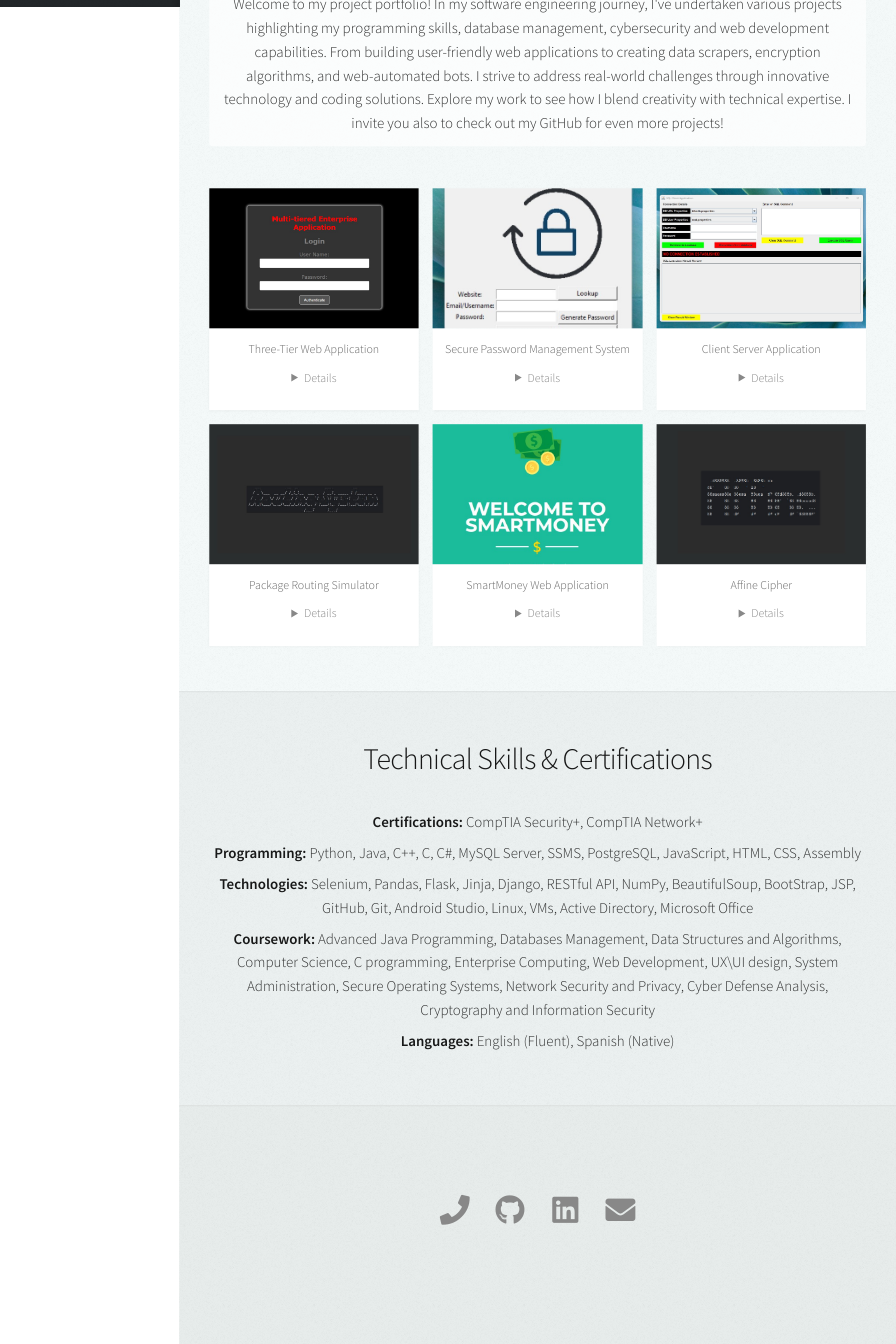
Repository: aaurdanet/Portfolio
Page: index.html
The author's editor kept a copy of each file at every save. The page is drawn from the files as they stood at one save, then again after the next save.
The browser window is 1280 px wide. The pictures show the part of the page from y = 710 to 2630 px (the page is 2630 px tall), at 70% of full size.

Above is the page before, as saved 2024-10-15 00:33:42.

After the next save:
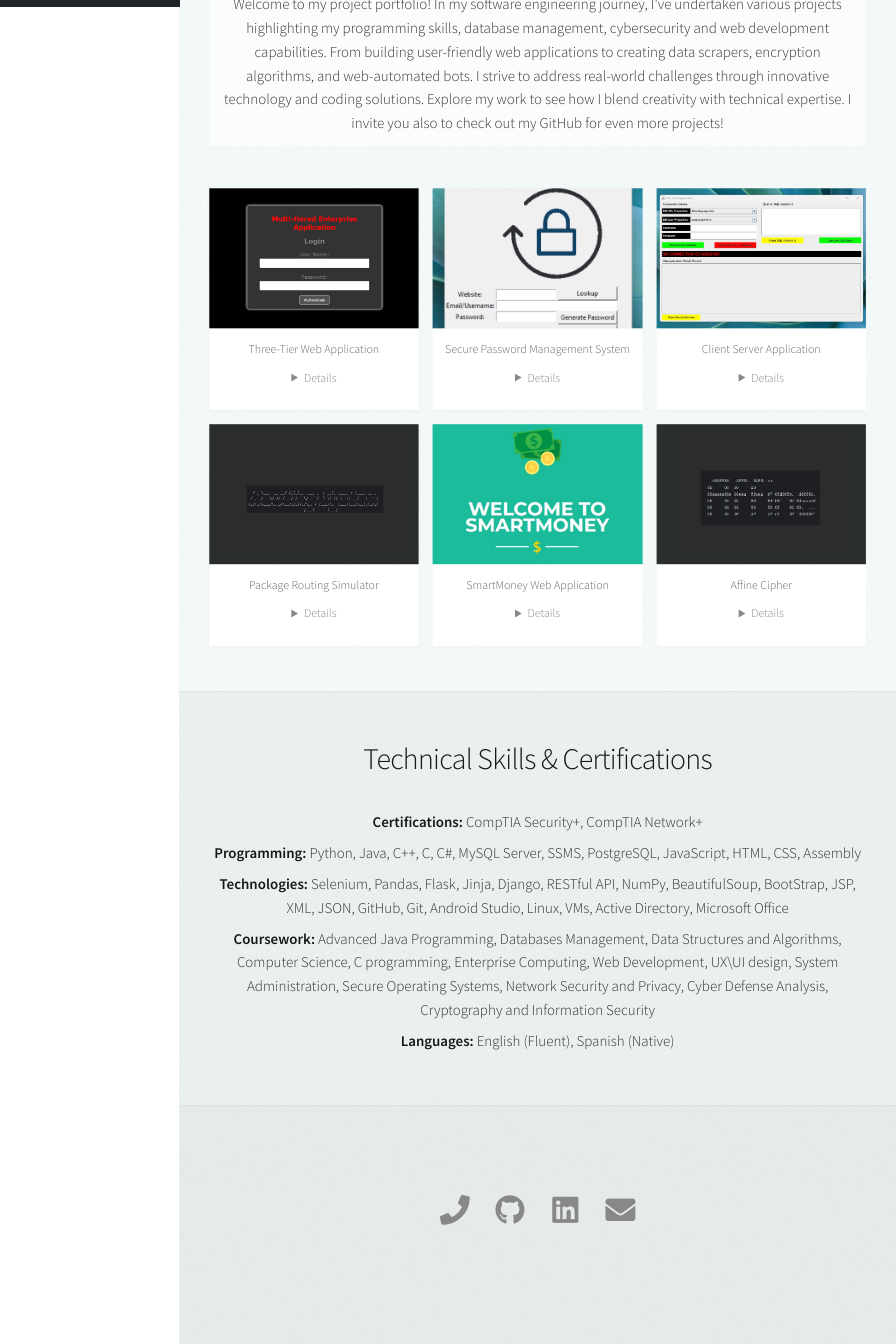
Saved 11 days later.
--- a/index.html
+++ b/index.html
@@ -84,7 +84,7 @@
 												<details style="margin: 10px;">
 													<summary style="transition: all 0.3s ease; cursor: pointer; box-shadow: 0 0 0 rgba(0,0,0,0); transition: box-shadow 0.3s ease-in-out;" onmouseover="this.style.boxShadow='0 5px 15px rgba(0,0,0,0.3)';" onmouseout="this.style.boxShadow='0 0 0 rgba(0,0,0,0)';">Details</summary>
 													<p style="text-align: left; margin: 10px;"><strong>Description:</strong> This Project showcases various techniques in building distributed web-based applications. The application uses Java Servlets and JSP technology, running on a Tomcat server, to access and maintain a persistent SQL Server Management Studio database via JDBC.</p>
-													<p style="text-align: left; margin: 10px;"><strong>Tech Stack:</strong> SSMS, SQL, Java, JavaScript, jquery, HTML, CSS, Jakarta EE, Apache Tomcat Server</p>
+													<p style="text-align: left; margin: 10px;"><strong>Tech Stack:</strong> SSMS, SQL, Java, JavaScript, jquery, HTML, CSS, Jakarta EE, XML, Apache Tomcat Server</p>
 												</details>
 											</header>
 										</article>
@@ -172,7 +172,7 @@
 						</header>
 						<p><strong>Certifications:</strong> CompTIA Security+, CompTIA Network+</p>
 						<p><strong>Programming:</strong> Python, Java, C++, C, C#, MySQL Server, SSMS, PostgreSQL, JavaScript, HTML, CSS, Assembly</p>
-						<p><strong>Technologies:</strong> Selenium, Pandas, Flask, Jinja, Django, RESTful API, NumPy, BeautifulSoup, BootStrap, JSP, GitHub, Git, Android Studio, Linux, VMs, Active Directory, Microsoft Office</p>
+						<p><strong>Technologies:</strong> Selenium, Pandas, Flask, Jinja, Django, RESTful API, NumPy, BeautifulSoup, BootStrap, JSP, XML, JSON, GitHub, Git, Android Studio, Linux, VMs, Active Directory, Microsoft Office</p>
 						<p><strong>Coursework:</strong> Advanced Java Programming, Databases Management, Data Structures and Algorithms, Computer Science, C programming, Enterprise Computing, Web Development, UX\UI design, System Administration, Secure Operating Systems, Network Security and Privacy, Cyber Defense Analysis, Cryptography and Information Security</p>
 						<p><strong>Languages:</strong> English (Fluent), Spanish (Native)</p>
 					</div>
